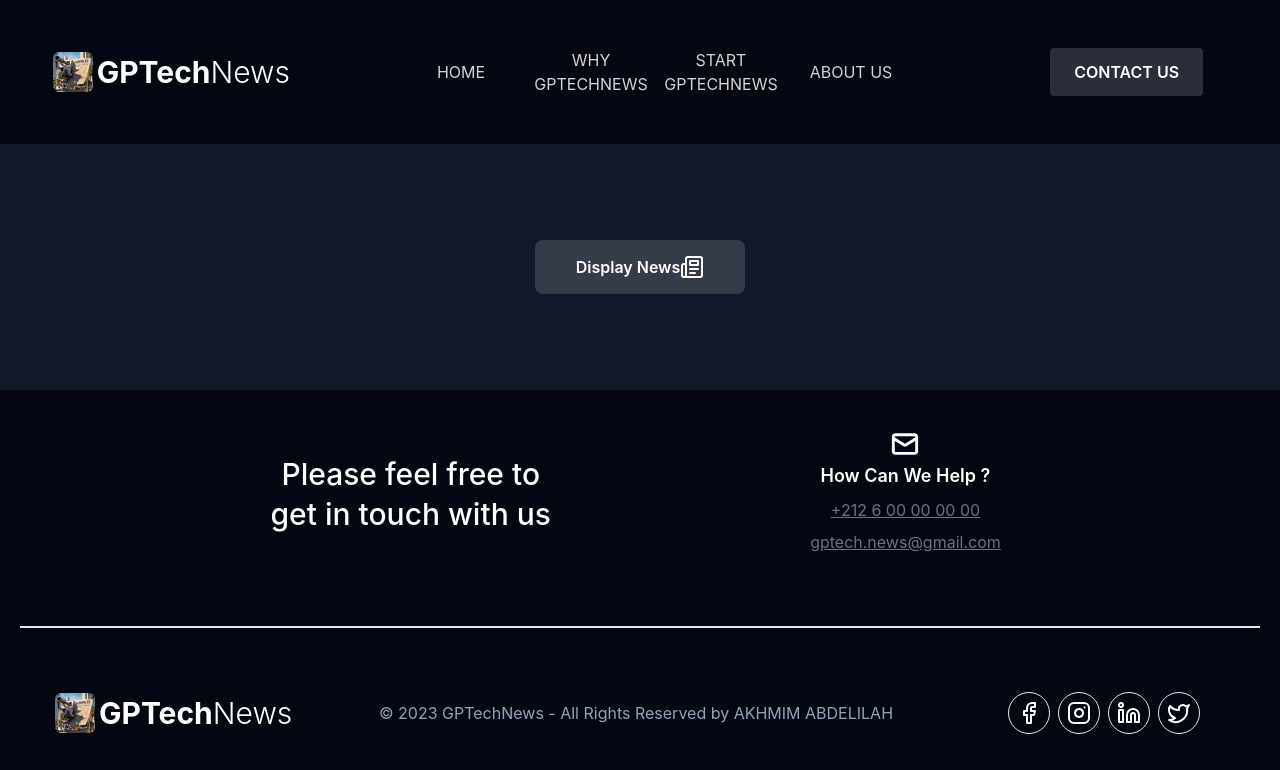
Repository: Lablab-me-Hackathon/gptech-news-frontend
Page: /
The author's editor kept a copy of each file at every save. The page is drawn from the files as they stood at one save, then again after a run of saves.
The browser window is 1280 px wide. The pictures show the whole page.
The project was rebuilt for these pictures with package versions that can differ from the ones it lists, and the page was loaded fresh each time. Also part of the build but not shown: vite.config.js.

Above is the page before, as saved 2023-08-05 16:56:38.

### index.html
<!doctype html>
<html lang="en">
  <head>
    <meta charset="UTF-8" />
    <link rel="icon" type="image/svg+xml" href="/logo.png" />
    <meta name="viewport" content="width=device-width, initial-scale=1.0" />
    <title>GPTech News</title>
  </head>
  <body>
    <div id="root"></div>
    <script type="module" src="/src/main.jsx"></script>
  </body>
</html>

### src/App.jsx
import './styles/App.css'
import Header from './components/Header'
import Main from './components/Main';
import Footer from './components/Footer';

function App() {

  return (
    <div className='w-full h-full flex-box flex-col'>
     <Header />
      <Main />
      <Footer />
    </div>
  )
}

export default App

### src/styles/index.css
@tailwind base;
@tailwind components;
@tailwind utilities;

* {
  padding: 0;
  margin: 0;
}

@layer components {
  .menu-item {
    @apply p-2 text-stone-300 text-base font-normal cursor-pointer flex-1 border-black rounded hover:text-blue-950 uppercase;
  }
  .flex-box {
    @apply flex items-center justify-center;
  }
}

:root {
  font-family: Inter, system-ui, Avenir, Helvetica, Arial, sans-serif;
  line-height: 1.5;
  font-weight: 400;

  color-scheme: light dark;
  color: rgba(255, 255, 255, 0.87);
  background-color: #242424;

  text-rendering: optimizeLegibility;
  -webkit-font-smoothing: antialiased;
  -moz-osx-font-smoothing: grayscale;
}

a {
  font-weight: 500;
  color: #646cff;
  text-decoration: inherit;
}
a:hover {
  color: #535bf2;
}

body {
  min-width: 320px;
  min-height: 100vh;
}

h1 {
  font-size: 3.2em;
  line-height: 1.1;
}

button {
  border-radius: 8px;
  border: 1px solid transparent;
  padding: 0.6em 1.2em;
  font-size: 1em;
  font-weight: 500;
  font-family: inherit;
  background-color: #1a1a1a;
  cursor: pointer;
  transition: border-color 0.25s;
}
button:hover {
  border-color: #646cff;
}
button:focus,
button:focus-visible {
  outline: 4px auto -webkit-focus-ring-color;
}

@media (prefers-color-scheme: light) {
  :root {
    color: #213547;
    background-color: #ffffff;
  }
  a:hover {
    color: #747bff;
  }
  button {
    background-color: #f9f9f9;
  }
}

### src/styles/App.css
#root {
  /* margin: 0 auto; */
  text-align: center;
}

.logo {
  height: 6em;
  padding: 1.5em;
  will-change: filter;
  transition: filter 300ms;
}
.logo:hover {
  filter: drop-shadow(0 0 2em #646cffaa);
}
.logo.react:hover {
  filter: drop-shadow(0 0 2em #61dafbaa);
}

@keyframes logo-spin {
  from {
    transform: rotate(0deg);
  }
  to {
    transform: rotate(360deg);
  }
}

@media (prefers-reduced-motion: no-preference) {
  a:nth-of-type(2) .logo {
    animation: logo-spin infinite 20s linear;
  }
}

.card {
  padding: 2em;
}

.read-the-docs {
  color: #888;
}

### src/components/Header.jsx
import MenuItems from "../services/header/MenuItems";
import Logo from "../services/header/Logo";
import Contact from "../services/header/Contact";

// import "../styles/Header.css";

function Header() {
  return (
    <div className="header flex-box px-2 justify-around flex-col md:flex-row w-full h-full py-5 bg-gray-950 text-center">
      <Logo />
      <MenuItems />
      <Contact />
    </div>
  );
}

export default Header;

### src/components/Main.jsx
import Button from "../services/main/Button";

function Main() {


  return (
    <div className="text-center w-full py-10 flex-box flex-col scroll-smooth bg-gray-900">

      <div className="w-full flex-box">

          <div className="flex-box flex-col">
            <Button />
          </div>

      </div>
    </div>
  );
}

export default Main;

### src/components/Footer.jsx

import TopFooter from './../services/footer/TopFooter';
import BotFooter from "../services/footer/BotFooter";

function Footer() {
  return (
    <div className="w-full h-full px-5 py-5 flex-box flex-col bg-gray-950 scroll-smooth text-center">
      <TopFooter />
      <div className="w-full h-px border border-neutral-200"></div>
      <BotFooter />
    </div>
  );
}

export default Footer;

### src/services/header/MenuItems.jsx
function MenuItems() {
  return (
    <div className="flex items-center justify-between py-5 ">
      <div className="menu-item">Home</div>
      <div className="menu-item">Why GPTechNews</div>
      <div className="menu-item">Start GPTechNews</div>
      <div className="menu-item">About us</div>
    </div>
  );
}

export default MenuItems;

### src/services/header/Logo.jsx

function Logo() {
  return (
    <div className="w-48 h-10 flex-box">
      <img className="w-10 h-10 mx-1 rounded-md" src="logo.png" alt='logo' />
      <div className="">
        <span className="text-white text-3xl font-bold">GPTech</span>
        <span className="text-white text-3xl font-light">News</span>
      </div>
    </div>
  )
}

export default Logo

### src/services/header/Contact.jsx
function Contact() {
  return (
    <div className="w-40 h-12 justify-center items-center inline-flex cursor-pointer uppercase">
      <div className="px-6 py-3.5 bg-gray-400 bg-opacity-25 rounded justify-start items-start gap-2.5 inline-flex">
        <div className="text-center text-white text-base font-semibold leading-tight">
          Contact us
        </div>
      </div>
    </div>
  );
}

export default Contact;

### src/services/main/Button.jsx
// import { PropTypes } from "prop-types";

import { Newspaper } from "lucide-react";

const News = () => {
  // let { response } = props;
  const displayNews = async (e) => {
    e.preventDefault();
  };
  return (
    <div className="w-full flex-col md:flex-row py-10 flex-box justify-evenly">

      <button
        type="submit"
        className="px-10 py-3.5 my-4 bg-gray-400 bg-opacity-25  text-center text-white text-base font-semibold leading-tight mx-2 rounded-lg flex-box"
        onClick={displayNews}
      >
        Display News
        <Newspaper />
      </button>

    </div>
  );
}

News.propTypes = {
  // response: PropTypes.string.isRequired,
};
export default News;

### src/services/footer/TopFooter.jsx
import { Mail} from "lucide-react";

function TopFooter() {
  return (
    <div className="top-footer w-full flex-box justify-evenly flex-col md:flex-row pb-12">
      <div className="text-white text-3xl font-medium leading-10 py-5">
        Please feel free to
        <br />
        get in touch with us
      </div>

      <div className="py-5 flex-box flex-col">
        <Mail size={28} strokeWidth={2.5} color="white" />
        <div className="py-1 text-white text-lg font-semibold leading-norma">
          How Can We Help ?
        </div>
        <div className="py-1 w-52 text-gray-500 text-base font-normal underline leading-normal">
          +212 6 00 00 00 00
        </div>

        <div className="py-1 w-52 text-gray-500 text-base font-normal underline leading-normal">
        gptech.news@gmail.com
        </div>
      </div>
    </div>
  );
}

export default TopFooter;

### src/services/footer/BotFooter.jsx
import Logo from "./../header/Logo";
import Copyright from "./Copyright";
import Social from "./Social";

function BotFooter() {
  return (
    <div className="bottom-footer w-full pt-12 flex-box justify-around flex-col md:flex-row flex-end">
      <Logo />
      <Copyright />
      <Social />
    </div>
  );
}

export default BotFooter;

### src/services/footer/Copyright.jsx
function Copyright() {
  return (
    <div className="py-5 text-slate-400 text-base font-normal">
      © 2023 GPTechNews - All Rights Reserved by AKHMIM ABDELILAH
    </div>
  );
}

export default Copyright;

### src/services/footer/Social.jsx
import { Facebook, Instagram, Linkedin, Twitter } from "lucide-react";

function Social() {
  return (
    <div className="py-3">
      <div className="flex-box text-white">
        <div className="border cursor-pointer p-2 m-1 rounded-full ">
          <Facebook size={24} strokeWidth={2} />
        </div>
        <div className="border cursor-pointer p-2 m-1 rounded-full">
          <Instagram size={24} strokeWidth={2} />
        </div>
        <div className="border cursor-pointer p-2 m-1 rounded-full">
          <Linkedin size={24} strokeWidth={2} />
        </div>
        <div className="border cursor-pointer p-2 m-1 rounded-full">
          <Twitter size={24} strokeWidth={2} />
        </div>
      </div>
    </div>
  );
}

export default Social;

Loaded but not shown: src/main.jsx (common file); tailwind.config.js (common file)

After the next 2 saves:
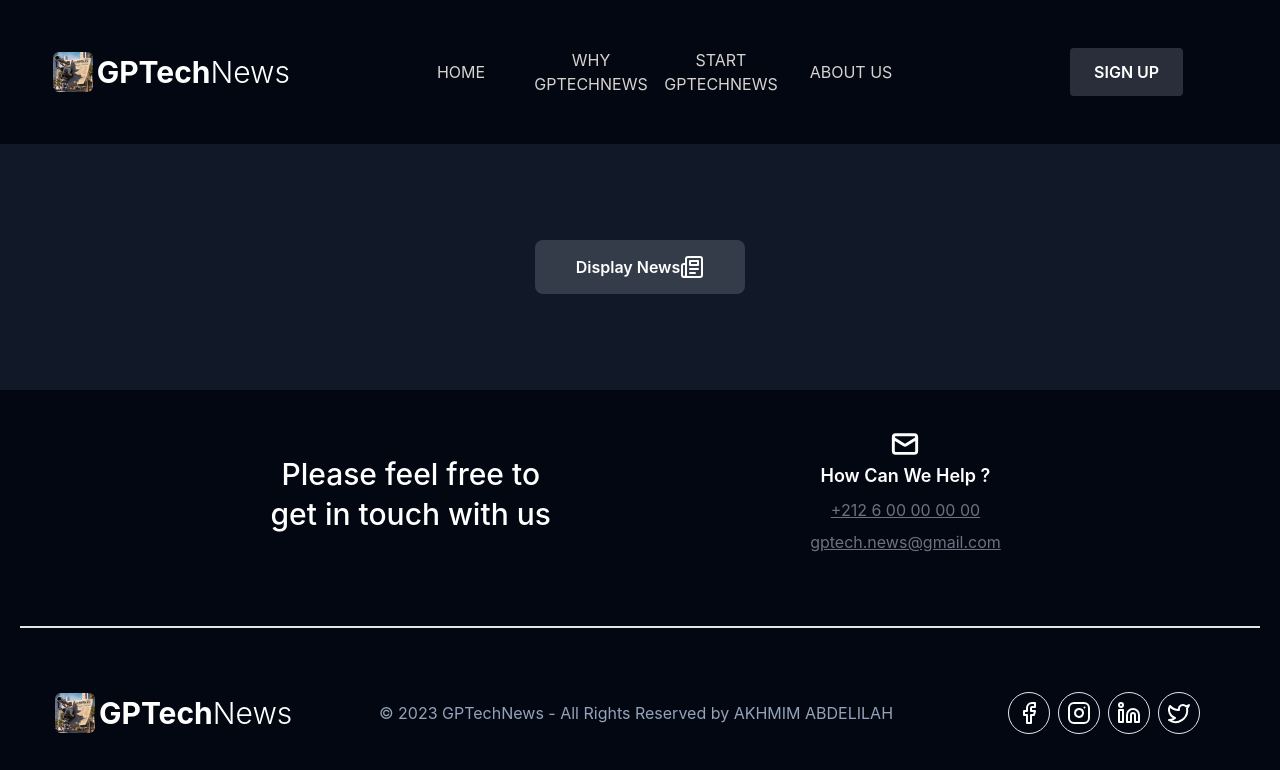
The 2 saves are shown as one change because they came seconds apart.
The last was saved 58 s later.
--- a/src/services/header/Contact.jsx
+++ b/src/services/header/Contact.jsx
@@ -3,7 +3,7 @@
     <div className="w-40 h-12 justify-center items-center inline-flex cursor-pointer uppercase">
       <div className="px-6 py-3.5 bg-gray-400 bg-opacity-25 rounded justify-start items-start gap-2.5 inline-flex">
         <div className="text-center text-white text-base font-semibold leading-tight">
-          Contact us
+          Sign up
         </div>
       </div>
     </div>
